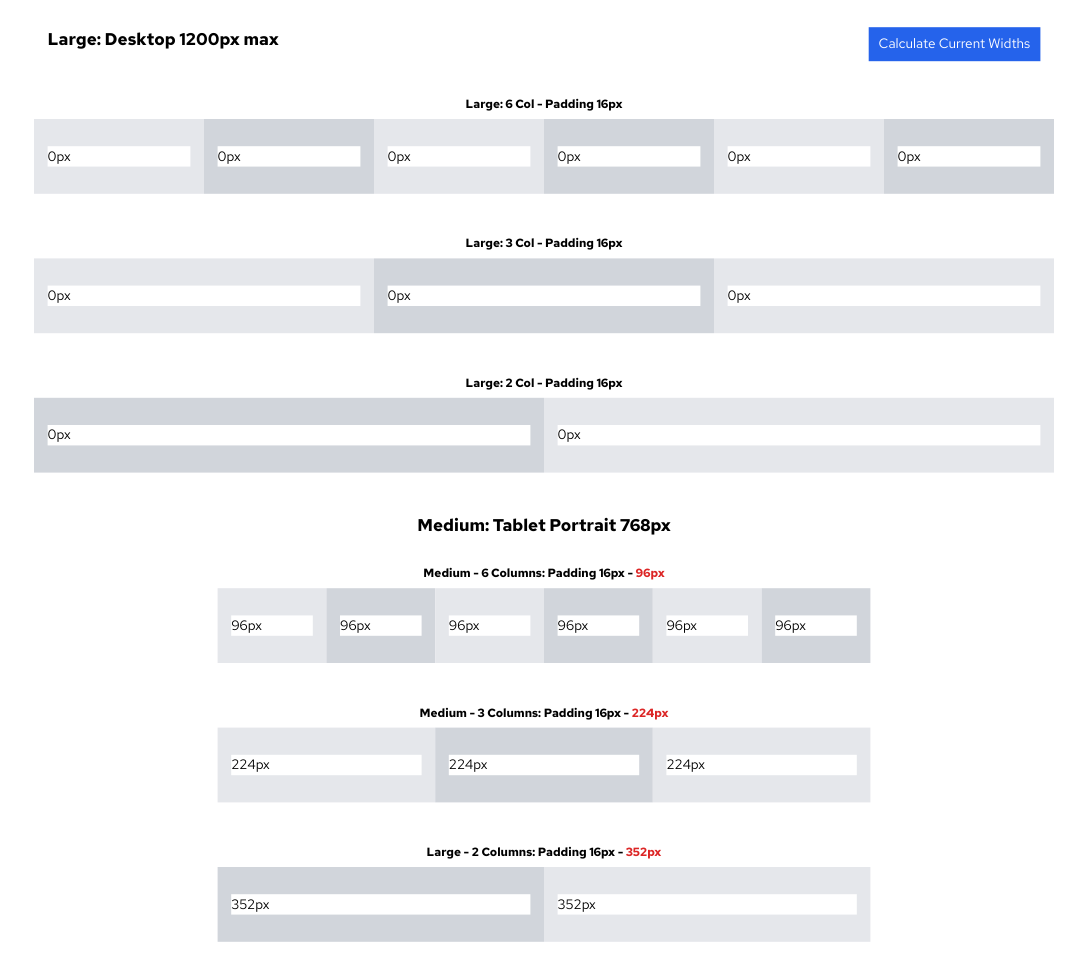
Repository: fabianwurk/vue-tailwind
Page: /
The author's editor kept a copy of each file at every save. The page is drawn from the files as they stood at one save, then again after the next save.
The browser window is 1280 px wide. The pictures show the whole page, at 85% of full size.
The project was rebuilt for these pictures with package versions that can differ from the ones it lists, and the page was loaded fresh each time. Also part of the build but not shown: vite.config.js.

Above is the page before, as saved 2021-03-16 22:16:32.

### index.html
<!DOCTYPE html>
<html lang="en">
  <head>
    <link rel="preconnect" href="https://fonts.gstatic.com">
<link href="https://fonts.googleapis.com/css2?family=Red+Hat+Text:wght@400;700&display=swap" rel="stylesheet">
    <meta charset="UTF-8" />
    <link rel="icon" href="/favicon.ico" />
    <meta name="viewport" content="width=device-width, initial-scale=1.0" />
    <title>Vite App</title>
  </head>
  <body>
    <div id="app"></div>
    <script type="module" src="/src/main.js"></script>
  </body>
</html>

### src/App.vue
<template>
  <Large />
  <Medium />
</template>

<script setup>
import Large from './components/Large.vue';
import Medium from './components/Medium.vue';

</script>

### src/index.css
/* ./src/index.css */
@tailwind base;

body {
  font-family: 'Red Hat Text', sans-serif;
}
@tailwind components;
@tailwind utilities;

### src/components/Large.vue
<template>
  <div class="container mx-auto">
  <div class="flex flex-wrap justify-between px-4">
    <h1 class="text-xl font-bold mb-2 mt-8 text-center round">Large: Desktop 1200px max</h1>
    <button class="bg-blue-600 hover:bg-blue-800 text-white px-3 py-2 mt-8 mb-2" @click="calculateWidth()">Calculate Current Widths</button>
  </div>
  <div class="container mx-auto">
    <h2 class="text-sm font-bold mb-2 mt-8 text-center">Large: 6 Col - Padding 16px</h2>
    <div class="flex items-center">
      <div class="w-1/6 bg-gray-200 mb-4 mt-0 py-8 px-4">
        <span class="bg-white w-full block" ref="app6">{{width6}}px</span>
      </div>
      <div class="w-1/6 bg-gray-300 mb-4 mt-0 py-8 px-4">
        <span class="bg-white w-full block" ref="app6">{{width6}}px</span>
      </div>
      <div class="w-1/6 bg-gray-200 mb-4 mt-0 py-8 px-4">
        <span class="bg-white w-full block" ref="app6">{{width6}}px</span>
      </div>
      <div class="w-1/6 bg-gray-300 mb-4 mt-0 py-8 px-4">
        <span class="bg-white w-full block" ref="app6">{{width6}}px</span>
      </div>
      <div class="w-1/6 bg-gray-200 mb-4 mt-0 py-8 px-4">
        <span class="bg-white w-full block" ref="app6">{{width6}}px</span>
      </div>
      <div class="w-1/6 bg-gray-300 mb-4 mt-0 py-8 px-4">
        <span class="bg-white w-full block" ref="app6">{{width6}}px</span>
      </div>
    </div>
  </div>

  <div class="container mx-auto">
    <h2 class="text-sm font-bold mb-2 mt-8 text-center">Large: 3 Col - Padding 16px</h2>
    <div class="flex items-center">
      <div class="w-1/3 bg-gray-200 mb-4 mt-0 py-8 px-4">
        <span class="bg-white w-full block" ref="app3">{{width3}}px</span>
      </div>
      <div class="w-1/3 bg-gray-300 mb-4 mt-0 py-8 px-4">
        <span class="bg-white w-full block" ref="app3">{{width3}}px</span>
      </div>
      <div class="w-1/3 bg-gray-200 mb-4 mt-0 py-8 px-4">
        <span class="bg-white w-full block" ref="app3">{{width3}}px</span>
      </div>
    </div>
  </div>

  <div class="container mx-auto">
    <h2 class="text-sm font-bold mb-2 mt-8 text-center">Large: 2 Col - Padding 16px</h2>
    <div class="flex items-center">
      <div class="w-1/2 bg-gray-300 mb-4 mt-0 py-8 px-4">
        <span class="bg-white w-full block" ref="app2">{{width2}}px</span>
      </div>
      <div class="w-1/2 bg-gray-200 mb-4 mt-0 py-8 px-4">
        <span class="bg-white w-full block" ref="app2">{{width2}}px</span>
      </div>
    </div>
  </div>

  </div>
</template>

<script>
export default {
  data() {
    return {
      width6: 0,
      width3: 0,
      width2: 0,
      width1: 0,
    };
  },
  methods: {
    calculateWidth() {
      this.width6 = this.$refs.app6.clientWidth;
      this.width3 = this.$refs.app3.clientWidth;
      this.width2 = this.$refs.app2.clientWidth;
      this.width1 = this.$refs.app2.clientWidth;
    }
  }
}
</script>

### src/components/Medium.vue
<template>
  <div>
  <h1 class="text-xl font-bold mb-2 mt-8 text-center">Medium: Tablet Portrait 768px</h1>
  <div class="max-w-3xl mx-auto">
    <h2 class="text-sm font-bold mb-2 mt-8 text-center">Medium - 6 Columns: Padding 16px - <span class="text-red-600">{{ sixColMd }}</span></h2>
    <div class="flex items-center">
      <div class="w-1/6 bg-gray-200 mb-4 mt-0 py-8 px-4">
        <span class="bg-white w-full block">{{ sixColMd }}</span>
      </div>
      <div class="w-1/6 bg-gray-300 mb-4 mt-0 py-8 px-4">
        <span class="bg-white w-full block">{{ sixColMd }}</span>
      </div>
      <div class="w-1/6 bg-gray-200 mb-4 mt-0 py-8 px-4">
        <span class="bg-white w-full block">{{ sixColMd }}</span>
      </div>
      <div class="w-1/6 bg-gray-300 mb-4 mt-0 py-8 px-4">
        <span class="bg-white w-full block">{{ sixColMd }}</span>
      </div>
      <div class="w-1/6 bg-gray-200 mb-4 mt-0 py-8 px-4">
        <span class="bg-white w-full block">{{ sixColMd }}</span>
      </div>
      <div class="w-1/6 bg-gray-300 mb-4 mt-0 py-8 px-4">
        <span class="bg-white w-full block">{{ sixColMd }}</span>
      </div>
    </div>
  </div>

  <div class="max-w-3xl mx-auto">
    <h2 class="text-sm font-bold mb-2 mt-8 text-center">Medium - 3 Columns: Padding 16px - <span class="text-red-600">{{ threeColMd }}</span></h2>
    <div class="flex items-center">
      <div class="w-1/3 bg-gray-200 mb-4 mt-0 py-8 px-4">
        <span class="bg-white w-full block">{{ threeColMd }}</span>
      </div>
      <div class="w-1/3 bg-gray-300 mb-4 mt-0 py-8 px-4">
        <span class="bg-white w-full block">{{ threeColMd }}</span>
      </div>
      <div class="w-1/3 bg-gray-200 mb-4 mt-0 py-8 px-4">
        <span class="bg-white w-full block">{{ threeColMd }}</span>
      </div>
    </div>
  </div>

  <div class="max-w-3xl mx-auto">
    <h2 class="text-sm font-bold mb-2 mt-8 text-center">Large - 2 Columns: Padding 16px - <span class="text-red-600">{{ twoColMd }}</span></h2>
    <div class="flex items-center">
      <div class="w-1/2 bg-gray-300 mb-4 mt-0 py-8 px-4">
        <span class="bg-white w-full block">{{ twoColMd }}</span>
      </div>
      <div class="w-1/2 bg-gray-200 mb-4 mt-0 py-8 px-4">
        <span class="bg-white w-full block">{{ twoColMd }}</span>
      </div>
    </div>
  </div>

  </div>
</template>

<script>
export default {
  data() {
    return {
      sixColMd: "96px",
      threeColMd: "224px",
      twoColMd: "352px",
    };
  },
}
</script>

### tailwind.config.js
module.exports = {
  purge: ['./index.html', './src/**/*.{vue,js,ts,jsx,tsx}'],
  darkMode: false, // or 'media' or 'class'
  theme: {
    extend: {
      container: {
        'md': {'max': '768px'},
      },
      screens: {
        'xl': {'min': '1200px', 'max': '1280px'},
        '2xl': {'max': '1280px'},
      },
    },
  },
  variants: {
    extend: {},
  },
  plugins: [],
}

Loaded but not shown: src/main.js (common file)

After the next save:
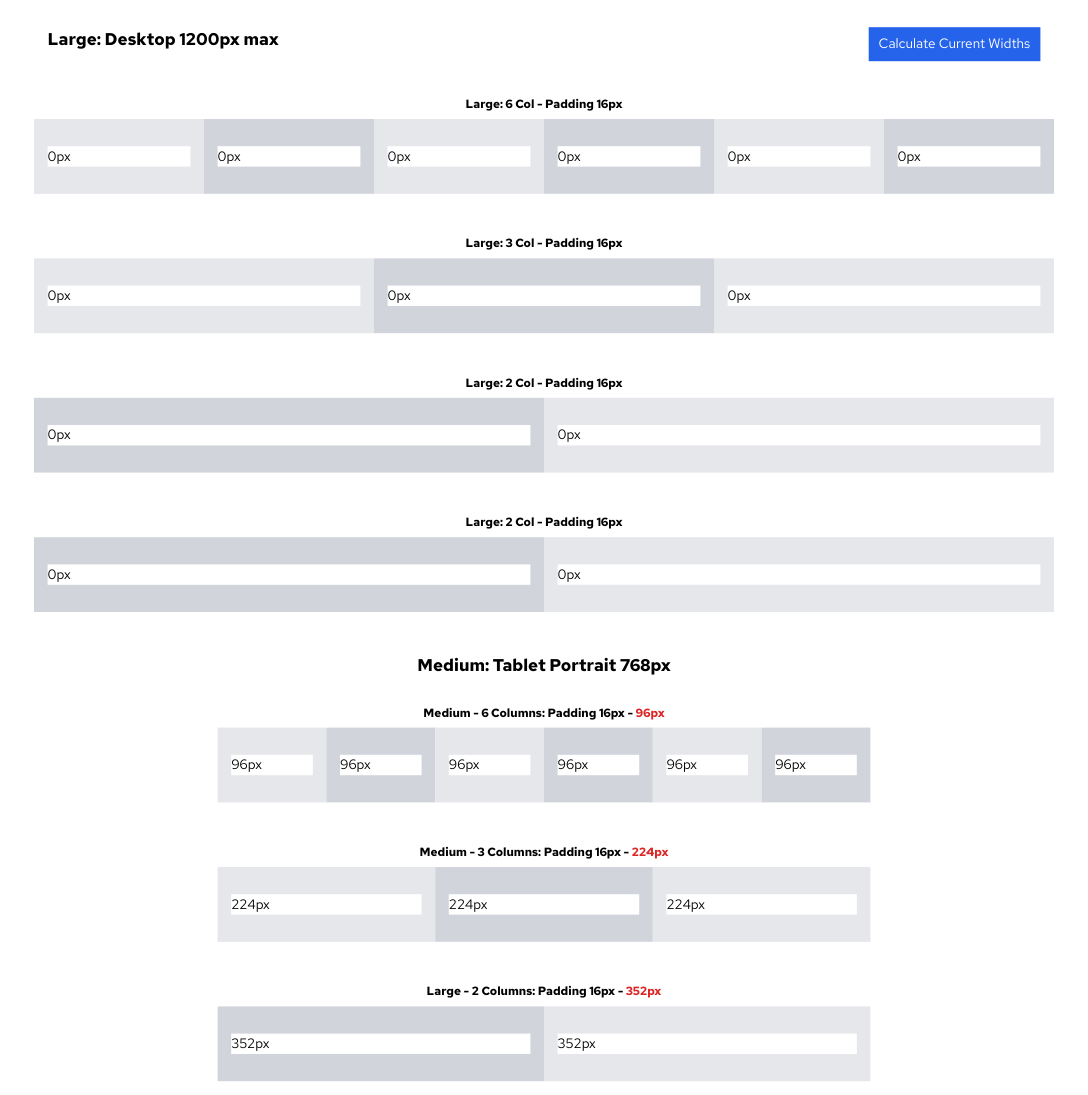
Saved 59 s later.
--- a/src/components/Large.vue
+++ b/src/components/Large.vue
@@ -1,59 +1,75 @@
 <template>
-  <div class="container mx-auto">
-  <div class="flex flex-wrap justify-between px-4">
-    <h1 class="text-xl font-bold mb-2 mt-8 text-center round">Large: Desktop 1200px max</h1>
-    <button class="bg-blue-600 hover:bg-blue-800 text-white px-3 py-2 mt-8 mb-2" @click="calculateWidth()">Calculate Current Widths</button>
-  </div>
-  <div class="container mx-auto">
-    <h2 class="text-sm font-bold mb-2 mt-8 text-center">Large: 6 Col - Padding 16px</h2>
-    <div class="flex items-center">
-      <div class="w-1/6 bg-gray-200 mb-4 mt-0 py-8 px-4">
-        <span class="bg-white w-full block" ref="app6">{{width6}}px</span>
-      </div>
-      <div class="w-1/6 bg-gray-300 mb-4 mt-0 py-8 px-4">
-        <span class="bg-white w-full block" ref="app6">{{width6}}px</span>
-      </div>
-      <div class="w-1/6 bg-gray-200 mb-4 mt-0 py-8 px-4">
-        <span class="bg-white w-full block" ref="app6">{{width6}}px</span>
-      </div>
-      <div class="w-1/6 bg-gray-300 mb-4 mt-0 py-8 px-4">
-        <span class="bg-white w-full block" ref="app6">{{width6}}px</span>
-      </div>
-      <div class="w-1/6 bg-gray-200 mb-4 mt-0 py-8 px-4">
-        <span class="bg-white w-full block" ref="app6">{{width6}}px</span>
-      </div>
-      <div class="w-1/6 bg-gray-300 mb-4 mt-0 py-8 px-4">
-        <span class="bg-white w-full block" ref="app6">{{width6}}px</span>
+  <div>
+
+    <div class="container mx-auto">
+      <div class="flex flex-wrap justify-between px-4">
+        <h1 class="text-xl font-bold mb-2 mt-8 text-center round">Large: Desktop 1200px max</h1>
+        <button class="bg-blue-600 hover:bg-blue-800 text-white px-3 py-2 mt-8 mb-2" @click="calculateWidth()">Calculate Current Widths</button>
       </div>
     </div>
-  </div>
 
-  <div class="container mx-auto">
-    <h2 class="text-sm font-bold mb-2 mt-8 text-center">Large: 3 Col - Padding 16px</h2>
-    <div class="flex items-center">
-      <div class="w-1/3 bg-gray-200 mb-4 mt-0 py-8 px-4">
-        <span class="bg-white w-full block" ref="app3">{{width3}}px</span>
-      </div>
-      <div class="w-1/3 bg-gray-300 mb-4 mt-0 py-8 px-4">
-        <span class="bg-white w-full block" ref="app3">{{width3}}px</span>
-      </div>
-      <div class="w-1/3 bg-gray-200 mb-4 mt-0 py-8 px-4">
-        <span class="bg-white w-full block" ref="app3">{{width3}}px</span>
+    <div class="container mx-auto">
+      <h2 class="text-sm font-bold mb-2 mt-8 text-center">Large: 6 Col - Padding 16px</h2>
+      <div class="flex items-center">
+        <div class="w-1/6 bg-gray-200 mb-4 mt-0 py-8 px-4">
+          <span class="bg-white w-full block" ref="app6">{{width6}}px</span>
+        </div>
+        <div class="w-1/6 bg-gray-300 mb-4 mt-0 py-8 px-4">
+          <span class="bg-white w-full block" ref="app6">{{width6}}px</span>
+        </div>
+        <div class="w-1/6 bg-gray-200 mb-4 mt-0 py-8 px-4">
+          <span class="bg-white w-full block" ref="app6">{{width6}}px</span>
+        </div>
+        <div class="w-1/6 bg-gray-300 mb-4 mt-0 py-8 px-4">
+          <span class="bg-white w-full block" ref="app6">{{width6}}px</span>
+        </div>
+        <div class="w-1/6 bg-gray-200 mb-4 mt-0 py-8 px-4">
+          <span class="bg-white w-full block" ref="app6">{{width6}}px</span>
+        </div>
+        <div class="w-1/6 bg-gray-300 mb-4 mt-0 py-8 px-4">
+          <span class="bg-white w-full block" ref="app6">{{width6}}px</span>
+        </div>
       </div>
     </div>
-  </div>
 
-  <div class="container mx-auto">
-    <h2 class="text-sm font-bold mb-2 mt-8 text-center">Large: 2 Col - Padding 16px</h2>
-    <div class="flex items-center">
-      <div class="w-1/2 bg-gray-300 mb-4 mt-0 py-8 px-4">
-        <span class="bg-white w-full block" ref="app2">{{width2}}px</span>
-      </div>
-      <div class="w-1/2 bg-gray-200 mb-4 mt-0 py-8 px-4">
-        <span class="bg-white w-full block" ref="app2">{{width2}}px</span>
+    <div class="container mx-auto">
+      <h2 class="text-sm font-bold mb-2 mt-8 text-center">Large: 3 Col - Padding 16px</h2>
+      <div class="flex items-center">
+        <div class="w-1/3 bg-gray-200 mb-4 mt-0 py-8 px-4">
+          <span class="bg-white w-full block" ref="app3">{{width3}}px</span>
+        </div>
+        <div class="w-1/3 bg-gray-300 mb-4 mt-0 py-8 px-4">
+          <span class="bg-white w-full block" ref="app3">{{width3}}px</span>
+        </div>
+        <div class="w-1/3 bg-gray-200 mb-4 mt-0 py-8 px-4">
+          <span class="bg-white w-full block" ref="app3">{{width3}}px</span>
+        </div>
       </div>
     </div>
-  </div>
+
+    <div class="container mx-auto">
+      <h2 class="text-sm font-bold mb-2 mt-8 text-center">Large: 2 Col - Padding 16px</h2>
+      <div class="flex items-center">
+        <div class="w-1/2 bg-gray-300 mb-4 mt-0 py-8 px-4">
+          <span class="bg-white w-full block" ref="app2">{{width2}}px</span>
+        </div>
+        <div class="w-1/2 bg-gray-200 mb-4 mt-0 py-8 px-4">
+          <span class="bg-white w-full block" ref="app2">{{width2}}px</span>
+        </div>
+      </div>
+    </div>
+
+    <div class="container mx-auto">
+      <h2 class="text-sm font-bold mb-2 mt-8 text-center">Large: 2 Col - Padding 16px</h2>
+      <div class="flex items-center">
+        <div class="w-1/2 bg-gray-300 mb-4 mt-0 py-8 px-4">
+          <span class="bg-white w-full block" ref="app2">{{width2}}px</span>
+        </div>
+        <div class="w-1/2 bg-gray-200 mb-4 mt-0 py-8 px-4">
+          <span class="bg-white w-full block" ref="app2">{{width2}}px</span>
+        </div>
+      </div>
+    </div>
 
   </div>
 </template>
